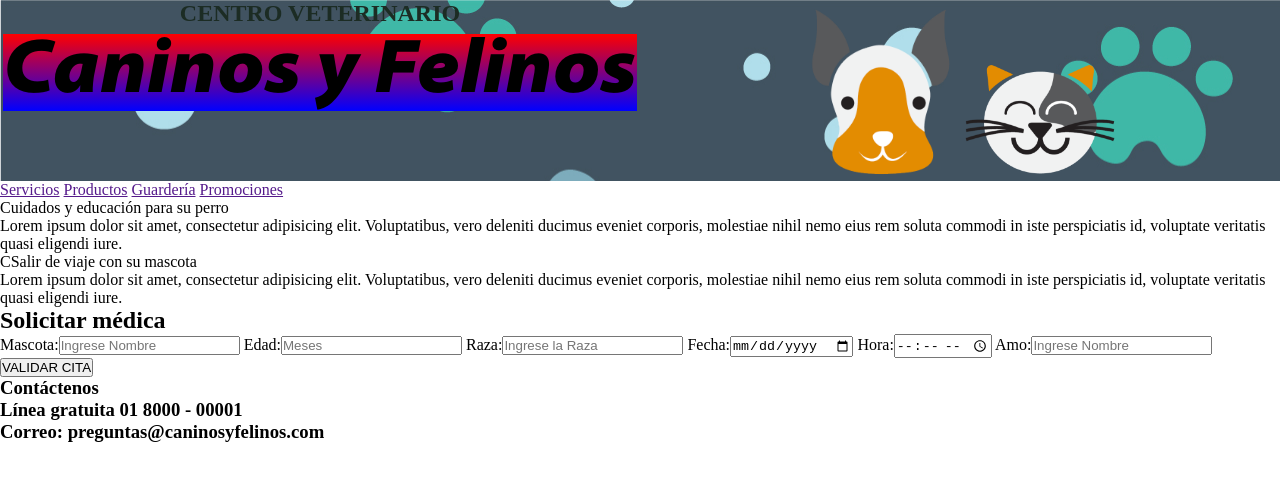
Repository: mariomr87/senaweb01
Page: principal.html
An editor plug-in stored every save of this project. The page is shown before and after the next save, followed by the edit.
The browser window is 1280 px wide. The pictures show the whole page.

Above is the page before, as saved 2021-09-26 20:42:11.

### principal.html
<!DOCTYPE html>
<html lang="en">
<head>
    <meta charset="UTF-8">
    <meta http-equiv="X-UA-Compatible" content="IE=edge">
    <meta name="viewport" content="width=device-width, initial-scale=1.0">
    <link rel="stylesheet" href="estilos.css">
    <title>Document</title>
</head>
<body>
    <div>
        <header>
            <div id="cabecera">
                <div class="header-text">
                    <h3>CENTRO VETERINARIO</h3>
                    <h1><span id="header-text-degrad">Caninos y Felinos</spa></h1>
                </div>
                <div class="header-img">
                    <img src="./imagenes/dog_white.png" alt="">
                    <img src="./imagenes/cat_white.png" alt="">
                </div>
            </div>
        </header>
        <nav>
            <td>
                <tr><a href="">Servicios</a></tr>
                <tr><a href="">Productos</a></tr>
                <tr><a href="">Guardería</a></tr>
                <tr><a href="">Promociones</a></tr>
            </td>
        </nav>
        <section>
            <article>
                <p>Cuidados y educación para su perro</p>
                <p>Lorem ipsum dolor sit amet, consectetur adipisicing elit. Voluptatibus, vero deleniti ducimus eveniet corporis, molestiae nihil nemo eius rem soluta commodi in iste perspiciatis id, voluptate veritatis quasi eligendi iure.</p>
            </article>
            <article>
                <p>CSalir de viaje con su mascota</p>
                <p>Lorem ipsum dolor sit amet, consectetur adipisicing elit. Voluptatibus, vero deleniti ducimus eveniet corporis, molestiae nihil nemo eius rem soluta commodi in iste perspiciatis id, voluptate veritatis quasi eligendi iure.</p>
            </article>
        </section>
        <aside>
            <form action="">
                <div><h2>Solicitar médica</h2></div>
                <div>
                    <label for="mascota_name">Mascota:</label><input type="text" placeholder="Ingrese Nombre" id="">
                    <label for="age_pet">Edad:</label><input type="number" name="" id="" placeholder="Meses">
                    <label for="raza_pet">Raza:</label><input type="text" name="" id="" placeholder="Ingrese la Raza">
                    <label for="fecha_ingreso_pet">Fecha:</label><input type="date" name="" id="">
                    <label for="hora_ingreso_pet">Hora:</label><input type="time" name="" id="">
                    <label for="amo_pet">Amo:</label><input type="text" name="" id="" placeholder="Ingrese Nombre">
                    <button type="submit">VALIDAR CITA</button>
                </div>
            </form>
        </aside>
        <footer>
            <h3>Contáctenos</h3>
            <h3>Línea gratuita 01 8000 - 00001</h3>
            <h3>Correo: preguntas@caninosyfelinos.com</h3>
        </footer>
    </div>
</body>
</html>

### estilos.css
*{
    margin: 0px;
    padding: 0px;
}

@font-face {
    font-family: Myriad_Pro ;
    src: url(./extra/MyriadProBlackSemiExtendedItalic.otf);
}

h1{
    font-family: Myriad_pro;
}
header div img{
    width: 10em;
}

header{

}

#cabecera{
    background-image: url("./imagenes/OPSEG70.jpg");
    background-repeat: initial;
    width: 100%;
    display: flex;
    text-align: center;


}

.header-text,.header-img{
    width:50%;
}

.header-text h3{
    font-size: 1.5em;
    color:#1c2c24;
}

.header-text h1{
    font-size: 4.8em;
}

#header-text-degrad{
    background: linear-gradient(red,blue);
}

After the next save:
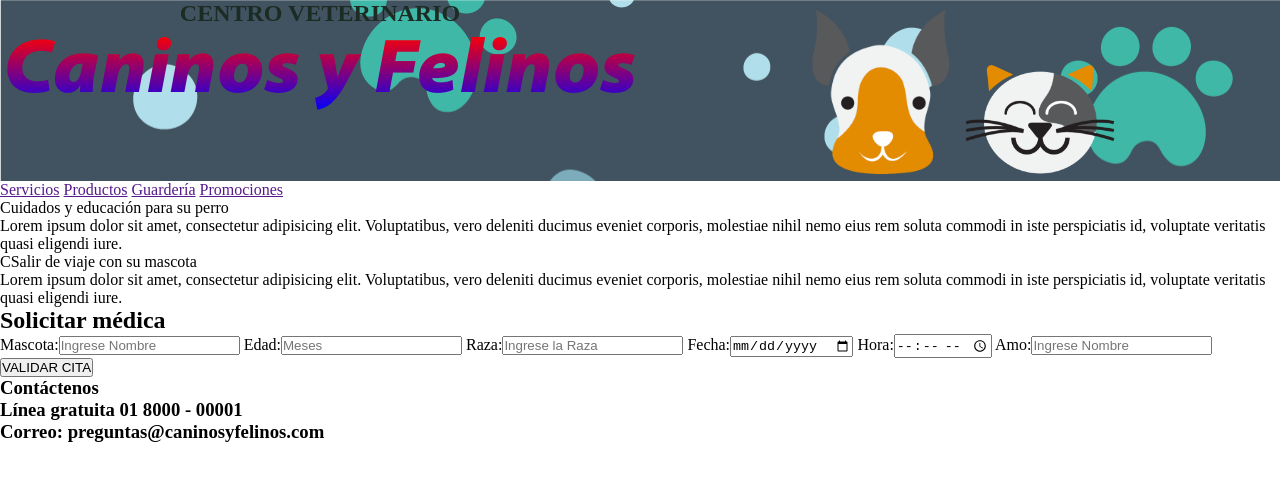
Saved 25 s later.
--- a/estilos.css
+++ b/estilos.css
@@ -44,4 +44,6 @@ header{
 
 #header-text-degrad{
     background: linear-gradient(red,blue);
+    -webkit-background-clip: text;
+    -webkit-text-fill-color: transparent;
 }
